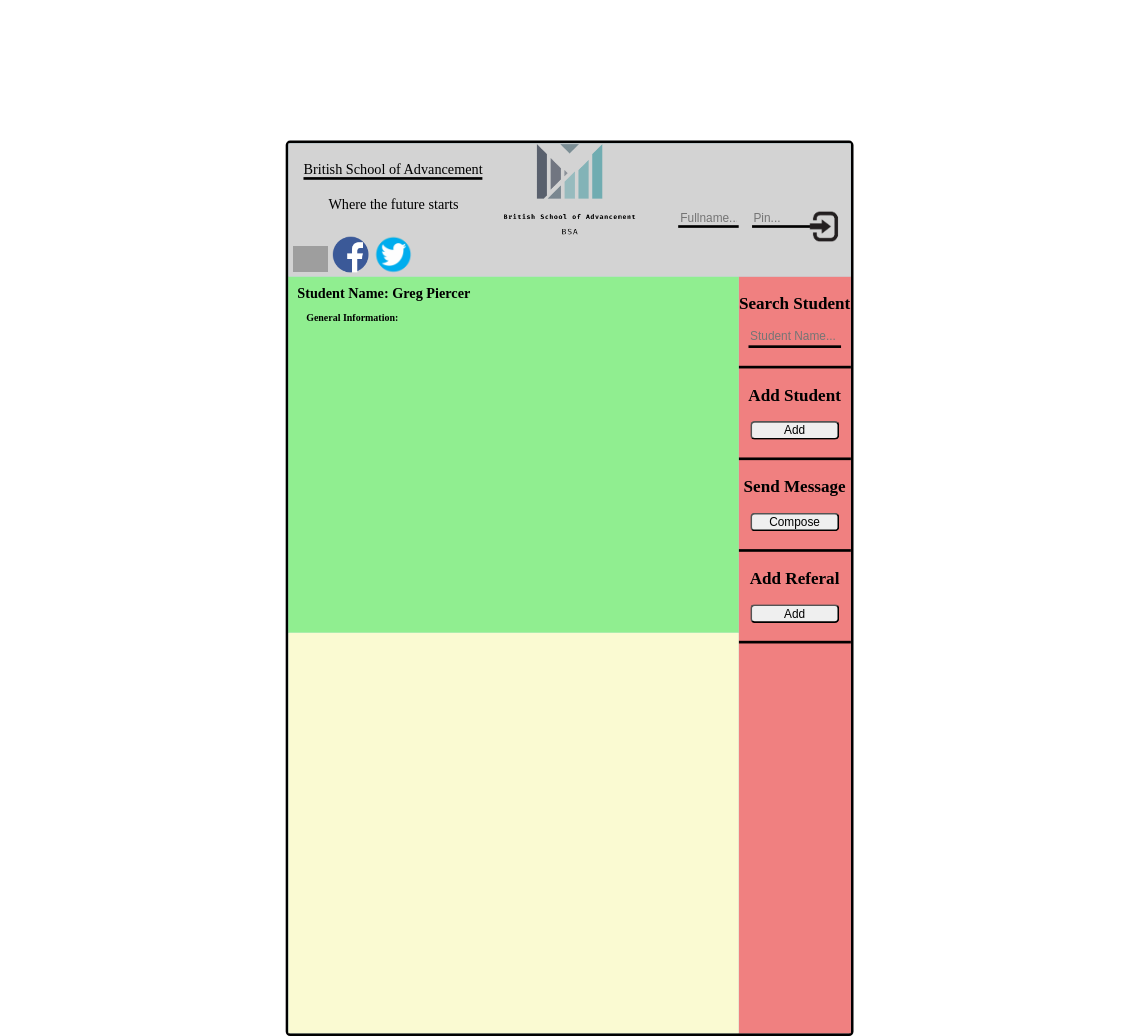
Repository: ghend99/School-app
Page: index.html
An editor plug-in stored every save of this project. The page is shown before and after the next save, followed by the edit.
The browser window is 1280 px wide. The pictures show the whole page, at 89% of full size.
Pictures or frames that could not be fetched are drawn as grey boxes.

Above is the page before, as saved 2023-03-24 14:12:23.

After the next save:
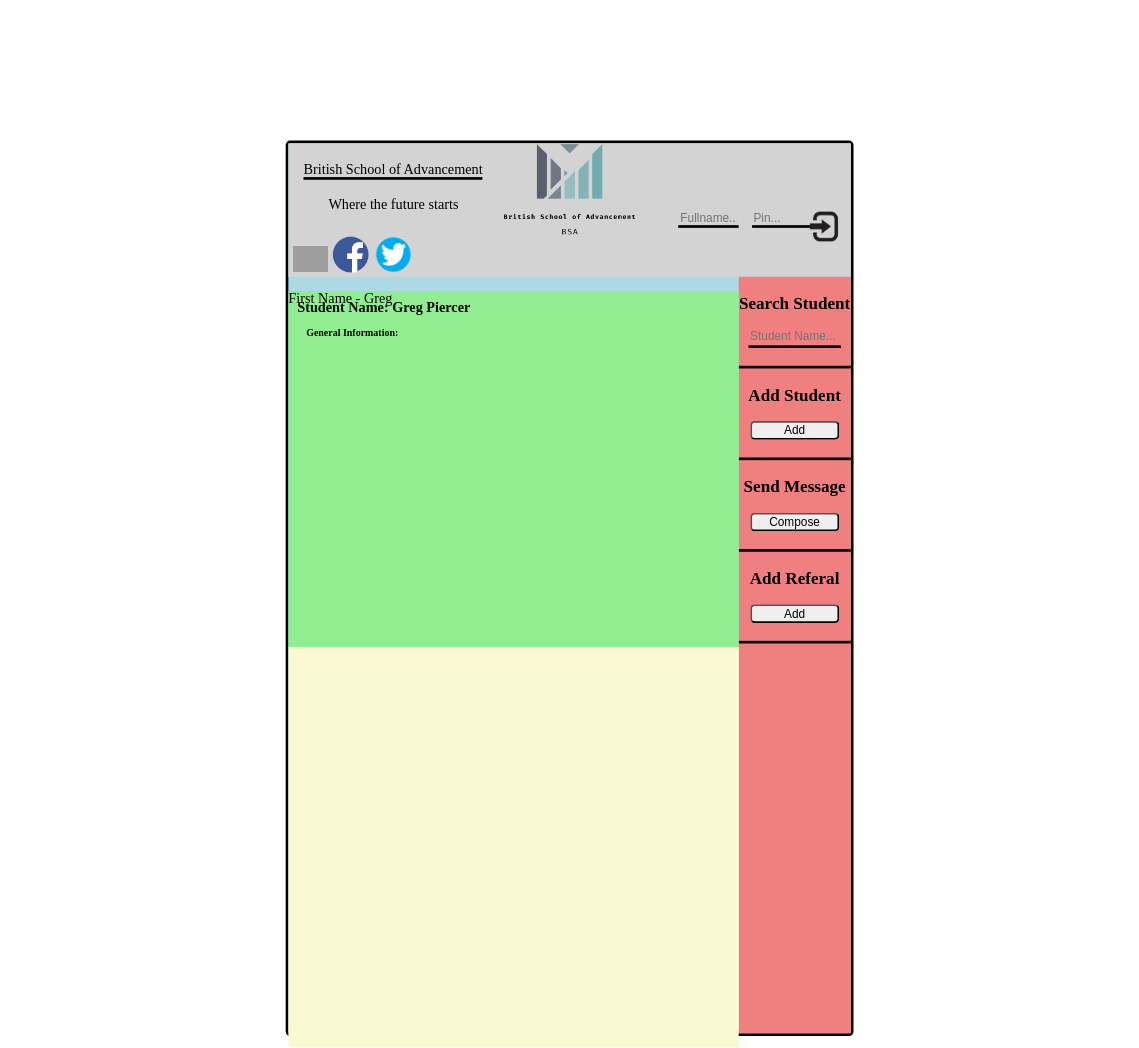
Saved 33 s later.
--- a/index.html
+++ b/index.html
@@ -69,6 +69,7 @@
       <div id="student-information-container">
         <h1 class="student-information-header">Student Name: Greg Piercer</h1>
         <h3 class="student-information-general-header">General Information:</h3>
+        <p class="student-information-firstname">First Name - Greg</p>
       </div>
 
       <!-- Student Management Container -->

After the save that followed:
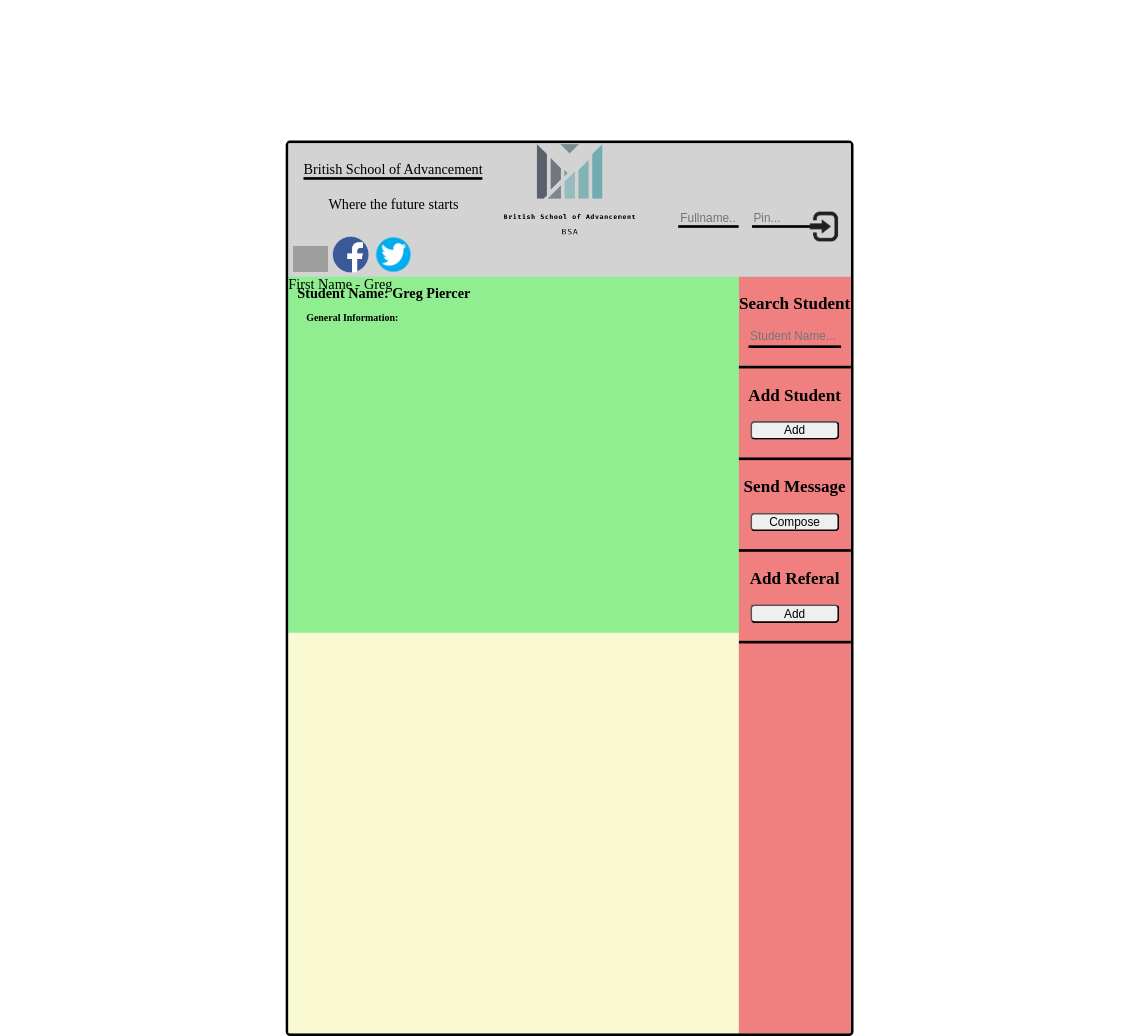
Saved 19 s later.
--- a/style.css
+++ b/style.css
@@ -167,6 +167,11 @@
   font-size: clamp(0.7rem, 0.8vw, 2rem);
 }
 
+.student-information-firstname {
+  position: absolute;
+  margin: 0;
+}
+
 #student-management-container {
   position: relative;
   max-width: 80%;
